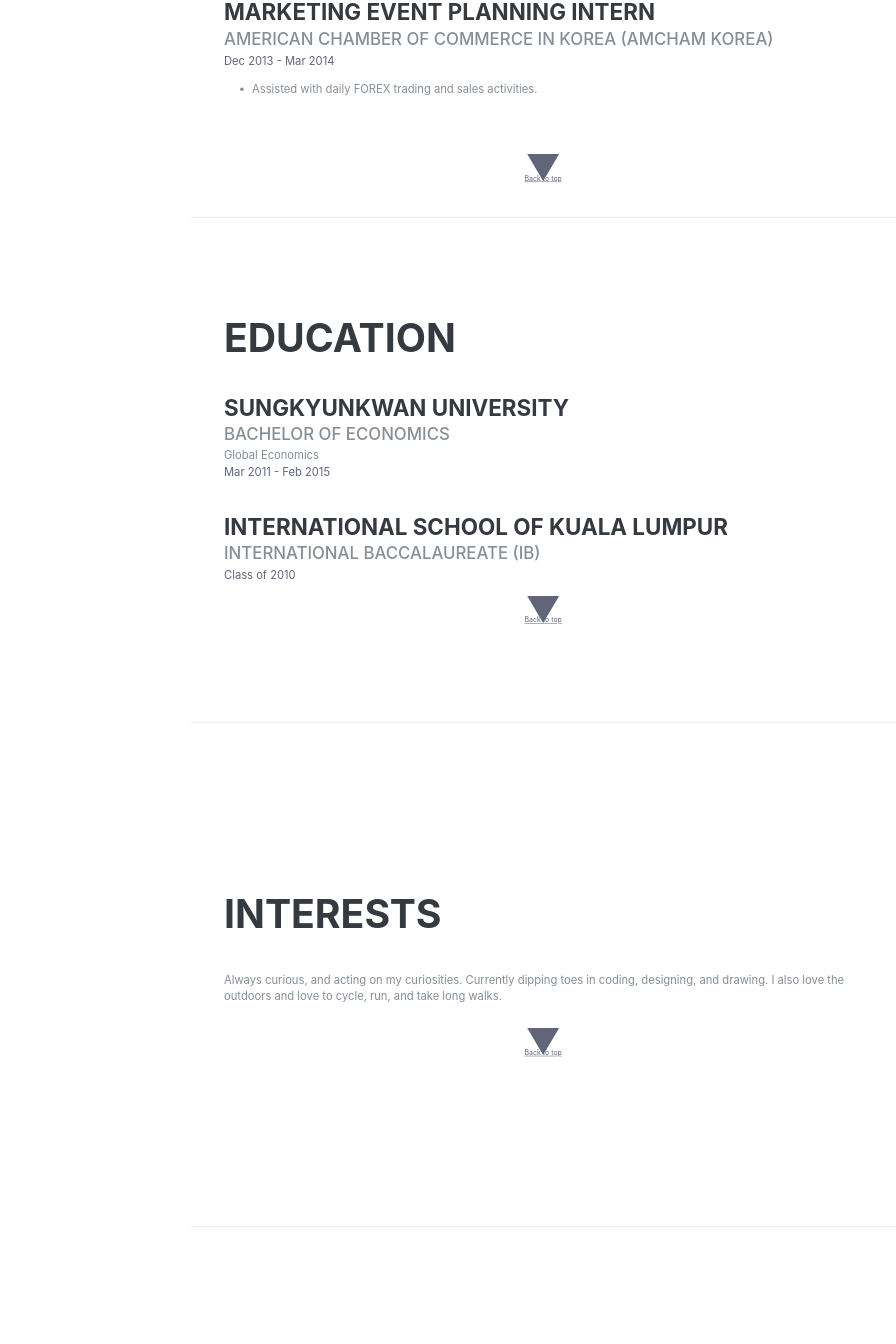
Repository: whitethugcat/whitethugcat.github.io
Page: class/resume-practice/yoojin-resume.html
The author's editor kept a record of every edit. The page is drawn from the files as they stood at one moment, then again after the next edit.
The browser window is 1280 px wide. The pictures show the part of the page from y = 2353 to 4273 px (the page is 4856 px tall before and 4952 px after), at 70% of full size.
Some web fonts or font styles are not loaded; a fallback is used.

Above is the page before.

After the next edit:
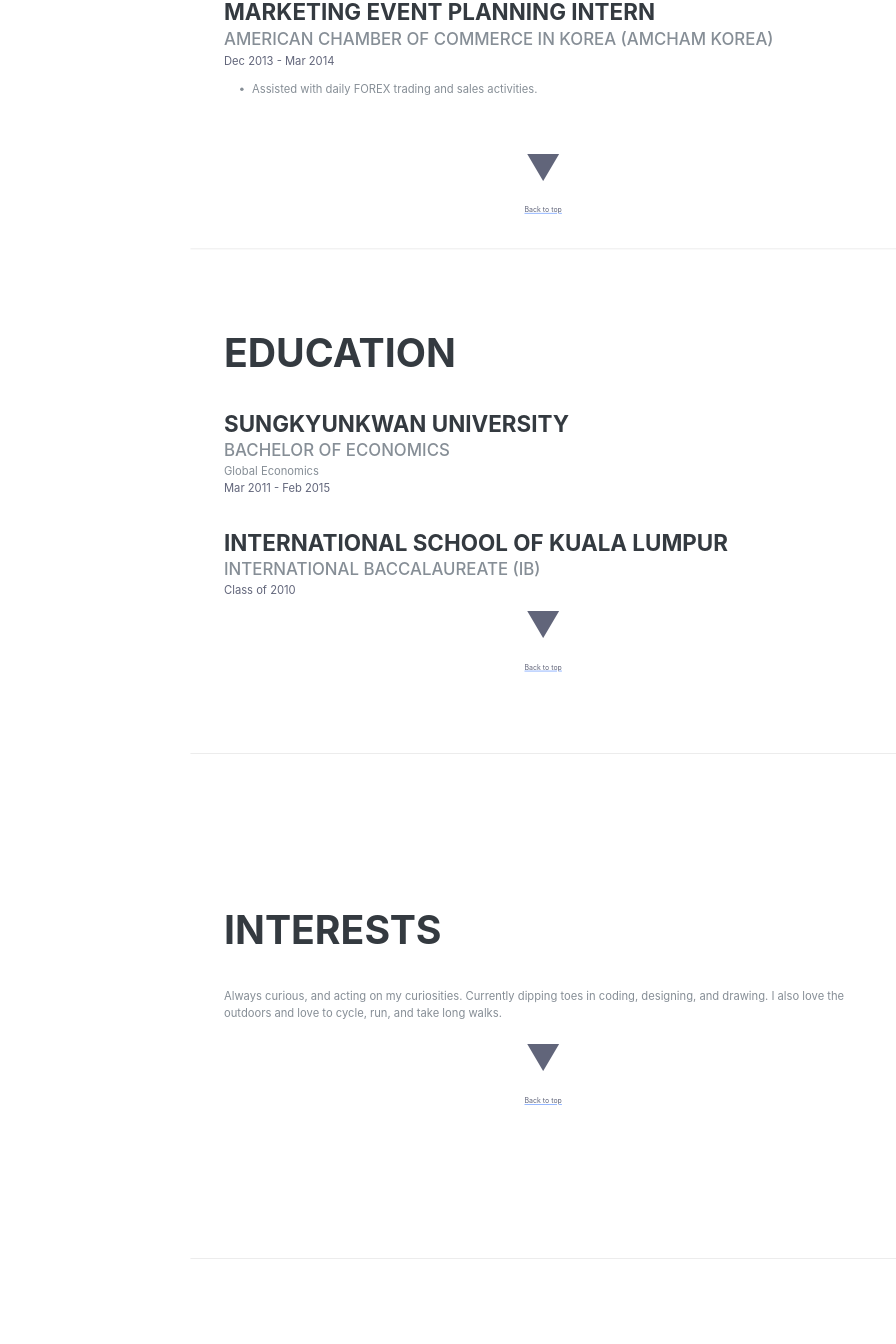
The edit:
--- a/class/resume-practice/css/resume.css
+++ b/class/resume-practice/css/resume.css
@@ -184,6 +184,8 @@
 }
 
 .back-to-top{
+  margin-top: 5%;
+  color: #699aff;
   vertical-align: bottom;
   text-align: center;
   font-size: 10px;
